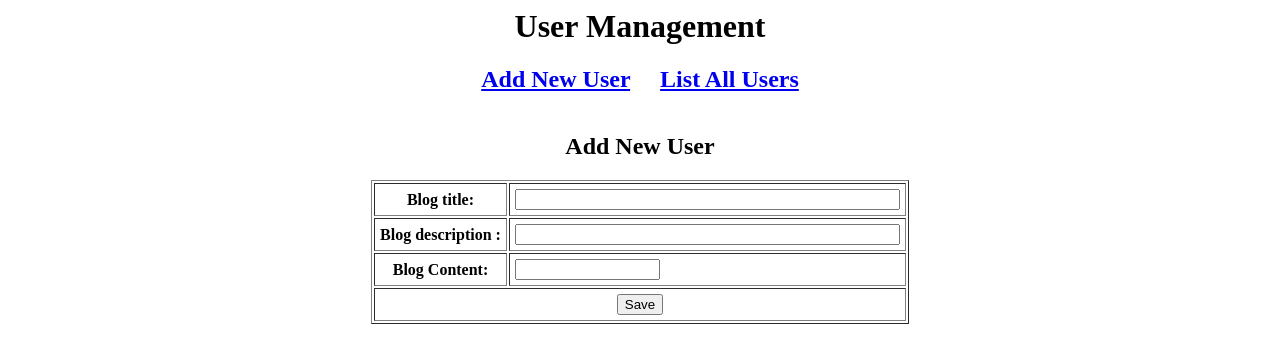
Repository: samadrita-Chatterjee/Java30Project
Page: http://localhost/MVCWebApp17/new
An editor plug-in stored every save of this project. The page is shown before and after the next save, followed by the edit.
The browser window is 1280 px wide. The pictures show the whole page.
The page is served by Tomcat 9.

Above is the page before, as saved 2023-05-30 03:17:53.

After the next save:
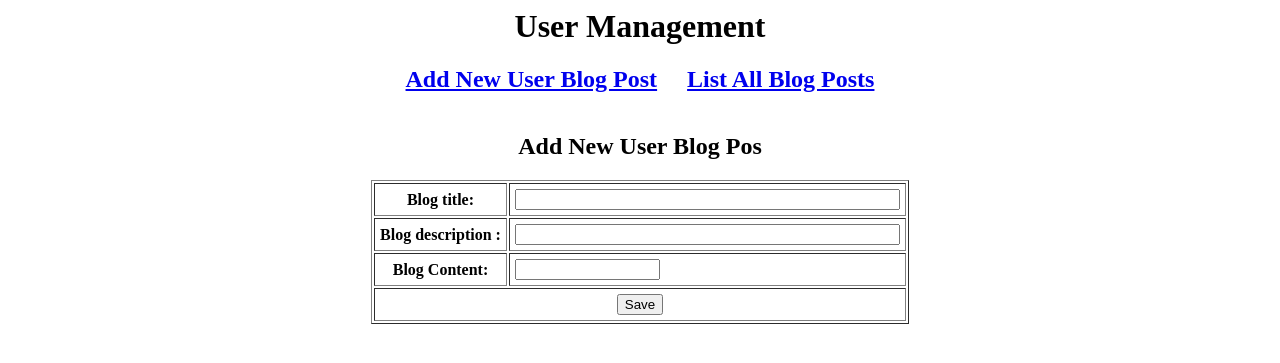
Saved 7 min 4 s later.
--- a/MVCWebApp17/src/main/webapp/user-form.jsp
+++ b/MVCWebApp17/src/main/webapp/user-form.jsp
@@ -9,16 +9,17 @@
 	<center>
 		<h1>User Management</h1>
         <h2>
-        	<a href="new">Add New User</a>
+        	<a href="new">Add New User Blog Post</a>
         	&nbsp;&nbsp;&nbsp;
-        	<a href="list">List All Users</a>
+        	<a href="list">List All Blog Posts</a>
 
         </h2>
 	</center>
     <div align="center">
 		<c:if test="${user != null}">
-			<form action="update" method="post">
+			<form action="search" method="post">
         </c:if>
+
         <c:if test="${user == null}">
 			<form action="insert" method="post">
         </c:if>
@@ -26,15 +27,15 @@
             <caption>
             	<h2>
             		<c:if test="${user != null}">
-            			Edit User
+            			List All Blog Posts
             		</c:if>
             		<c:if test="${user == null}">
-            			Add New User
+            			Add New User Blog Pos
             		</c:if>
             	</h2>
             </caption>
         		<c:if test="${user != null}">
-        			<input type="hidden" name="id" value="<c:out value='${user.sino}' />" />
+        			<input type="hidden" name="sino" value="<c:out value='${user.sino}' />" />
         		</c:if>
             <tr>
                 <th>Blog title: </th>
